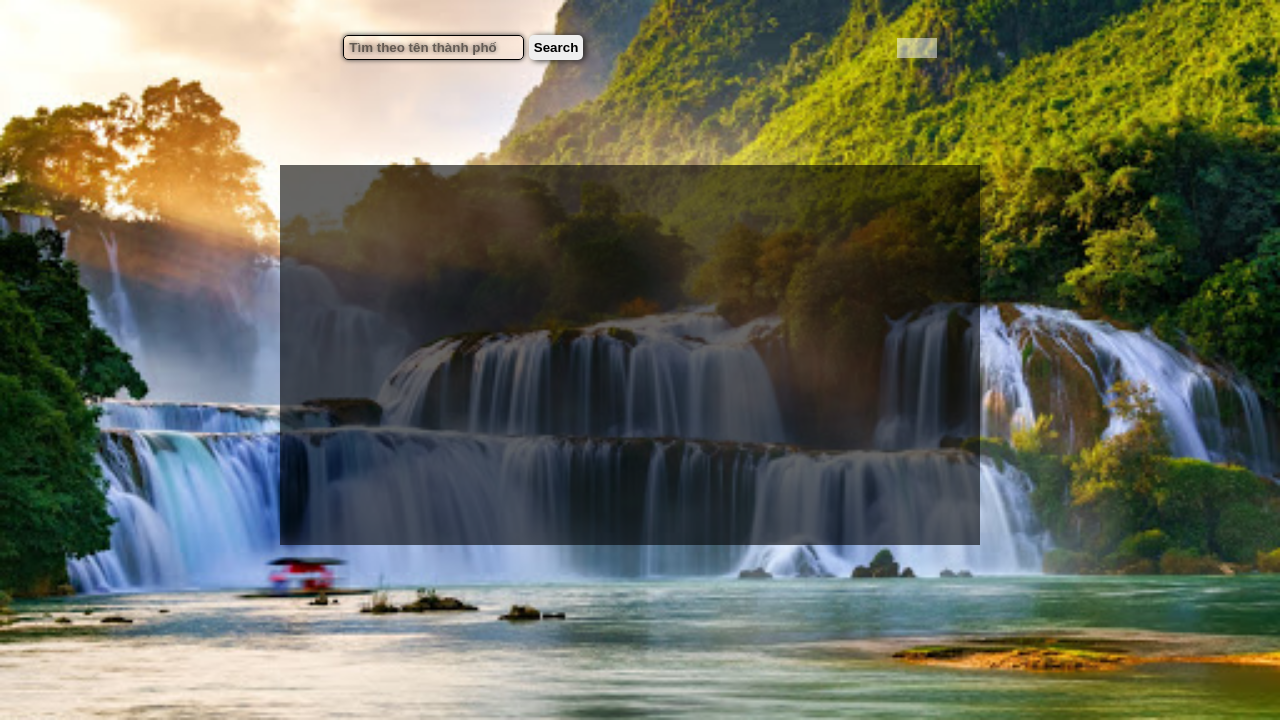
Repository: Lebach2001/weather
Page: index.html
An editor plug-in stored every save of this project. The page is shown before and after the next save, followed by the edit.
The browser window is 1280 px wide. The pictures show the whole page.
The page's requests for data from a server got no answer.

Above is the page before, as saved 2023-09-09 14:48:41.

After the next save:
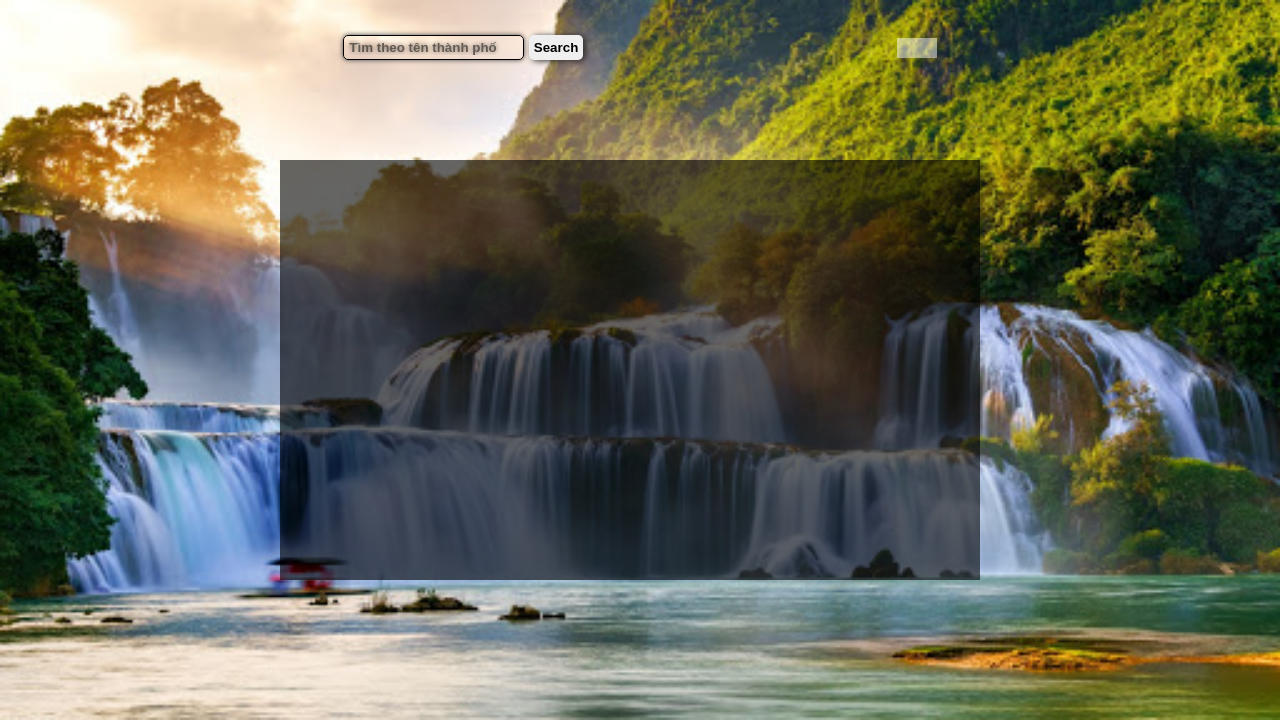
Saved 77 s later.
--- a/index.css
+++ b/index.css
@@ -74,7 +74,7 @@ body{
     display: flex;
     justify-content: center;
     width: 700px;
-    height: 380px;
+    height: 420px;
     background-color: #00000099;
     color: #ffffffe3;
     position: relative;
@@ -88,7 +88,7 @@ body{
     position: absolute;
     padding-top: 20px;
     font-size: 13px;
-    padding-bottom: 30px;
+
 }
 .container-time {
     font-size: 13px;
